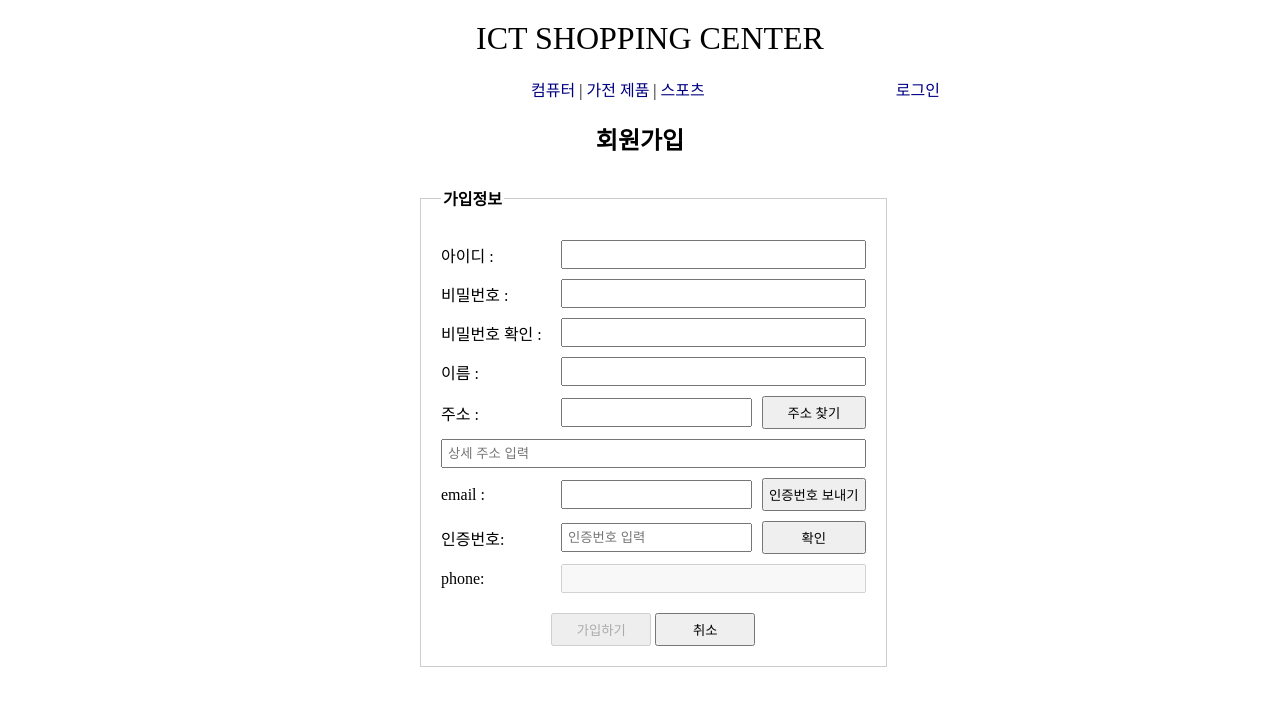
Repository: xlz5000/ICT
Page: http://localhost/spring_mvc02/WEB-INF/views/day09/joinForm.jsp
An editor plug-in stored every save of this project. The page is shown before and after the next save, followed by the edit.
The browser window is 1280 px wide. The pictures show the whole page.
The page is served by Tomcat 9. Nobody is signed in. Other server files are loaded and not shown. The template is opened directly, without the code that normally fills it, so the values that code supplies are empty.

Above is the page before, as saved 2025-04-18 01:18:50.

### spring_mvc02/src/main/webapp/WEB-INF/views/day09/joinForm.jsp
<%@ page language="java" contentType="text/html; charset=UTF-8"
    pageEncoding="UTF-8"%>
<%@taglib prefix="c" uri="http://java.sun.com/jsp/jstl/core" %>
<!DOCTYPE html>
<html>
<head>
<meta charset="UTF-8">
<title>Insert title here</title>
<script src="https://ajax.googleapis.com/ajax/libs/jquery/3.7.1/jquery.min.js"></script>
<script src="//t1.daumcdn.net/mapjsapi/bundle/postcode/prod/postcode.v2.js"></script>
<style type="text/css">

#container{
	width: 500px;
	margin: 0 auto; /*중앙위치*/
	text-align:left; /*내부 폼요소 왼쪽 정렬*/

}


h2{
text-align: center;

}

fieldset{
margin: 20px 0;
padding: 20px;
border: 1px solid #ccc;

}

legend{
font-weight:  bold;

}

ul{
list-style-type: none;
padding: 0;
margin: 0;

}


li{
	display:flex;
	align-items: center;
	margin: 10px 0;

}



li label{
	width: 120px;
	flex-shrink: 0;
}


input{
 	padding: 5px;
 	flex: 1;
 	box-sizing: border-box;

}

li input[type="button"]{
margin-left: 10px;
}

#buttons{
 text-align: center;
 margin-top: 20px;

}

input[type="submit"],
input[type="reset"]{

	width: 100px;
}


a{text-decoration: none;}
span{
margin-left: 20px;

}


</style>
</head>
<body>

<%@ include file="../day08/top.jsp" %>
	<div id="container">
	<h2>회원가입</h2>
	<div id="login" style="margin: 30px;">
		<form action="/members_join_ok" method="post" autocomplete="off" onsubmit="return checkForm();">
			<fieldset>
				<legend>가입정보</legend>
				<ul>
					<!-- 아이디 중복검사 필수(ajax) -->
					<li><label for="m_id">아이디 : </label>
						<input type="text" id="m_id" name="m_id" required>
					</li>
					<li><label for="m_pw">비밀번호 : </label>
						<input type="password" id="m_pw" name="m_pw" required>
					</li>
					<li><label for="m_pw2">비밀번호 확인 : </label>
						<input type="password" id="m_pw2" name="m_pw2" required>
					</li>
					<li><label for="m_name">이름 : </label>
						<input type="text" id="m_name" name="m_name" required >
					</li>
					<li><label for="m_addr">주소 : </label>
						<input type="text" id="m_addr" name="m_addr" required readonly>
						<input type="button" value="주소 찾기" onclick="execDaumPostcode()">
					</li>
					<li>
						<input type="text" id="m_addr2" name="m_addr2" placeholder="상세 주소 입력">

					</li>
					<li><label for="m_email">email : </label>
						<input type="text" id="m_email" name="m_email" required>
						<input type="button" value ="인증번호 보내기" onclick="sendVerificationCode()">

					</li>
					<li><label for="emailCode">인증번호: </label>
						<input type="text" id="emailCode" placeholder="인증번호 입력">
						<input type="button" value ="확인" onclick="checkVerificationCode()">
						<div id="result"></div>
					</li>
					<li><label for="m_phone">phone: </label>
						<input type="text" id="m_phone" name="m_phone" required disabled>
					</li>

				</ul>

				<div id="buttons">
					<input type="submit" value="가입하기" id="submitBtn" disabled>
					<input type="reset" value="취소">


				</div>

			</fieldset>

		</form>


	</div>
</div>

<script type="text/javascript">

function checkForm(){
	const pw = $("#m_pw").val();
	const pw2 = $("#m_pw2").val();
	if(pw === pw2){
		return true;

	}else{

		alert("비밀번호가 일치하지 않습니다");
		$("#m_pw").val();
		$("#m_pw2").val().focus();
		return false;
	}

}


function execDaumPostcode(){
	new daum.Postcode({
        oncomplete: function(data) {
            // 팝업에서 검색결과 항목을 클릭했을때 실행할 코드를 작성하는 부분입니다.
            // 예제를 참고하여 다양한 활용법을 확인해 보세요.


            $("#m_addr").val(data.address);
        }
    }).open();
}


function sendVerificationCode(){
	$.post("/sendCode", {email:$("#m_email").val()}, function (response) {
		if(response === "success"){
			alert("인증코드가 전송되었습니다.");
		}else{
			alert("전송실패");
		}
	});


}



function checkVerificationCode(){
	$.post("/verifyCode", {code:$("#emailCode").val()}, function (response) {

		let msg = {
				match: "인증 성공",
				mismatch : "불일치",
				expired : "시간 초과",
				no_code : "코드 없음"


		}
		$("#result").html(msg[response]||"오류");//undefined나 null일경우 "오류"
		if(response == "match"){
			$("#m_phone").prop("disabled", false);
			$("#submitBtn").prop("disabled", false);

		}else{
			$("#m_phone").prop("disabled", true);
			$("#submitBtn").prop("disabled", true);

		}

	});

}


</script>



</body>
</html>

### spring_mvc02/src/main/webapp/WEB-INF/views/day08/top.jsp
<%@ page language="java" contentType="text/html; charset=UTF-8"
	pageEncoding="UTF-8"%>
<%@ taglib prefix="c" uri="http://java.sun.com/jsp/jstl/core" %>
<!DOCTYPE html>
<html>
<head>
<meta charset="UTF-8">
<title>Insert title here</title>
<style>
a:link {
	text-decoration: none;
	color: navy
}

a:visited {
	text-decoration: none;
	color: navy
}

a:hover {
	text-decoration: none;
	color: red
}

body {
	text-align: center
}

hr {
	width: 600px;
	border: 1px;
	color: navy;
}

div#header, div#nav {
	width: 600px;
	margin: 20px auto;
	text-align: center;
}

div#wrap {
	margin: 0 auto;
}


div#log{float: right}

.title{
	font-size: 32px;

}
</style>
</head>
<body>
	<div id="wrap">

		<div id="header">
			<span class="title"> ICT SHOPPING CENTER </span>
		</div>

		<div id="nav">
			<a href="/day08?category=com001">컴퓨터</a> |
			<a href="/day08?category=ele002">가전 제품</a> |
			<a href="/day08?category=sp003">스포츠</a>


		<div id="log">
			<c:choose>
				<c:when test="${loginchk == 'ok' }">
					${membersVO.m_name }님 환영합니다. |
				<c:if test="${admin =='ok' }">
					<a href="#">상품등록하기</a> |

				</c:if>
				<c:if test="${admin !='ok' }">
					<a href="/shop_show_cart">장바구니</a> |

				</c:if>


				<a href="/members_logout">로그아웃</a>
				</c:when>
				<c:otherwise>
					<a href="/members_loginForm">로그인</a>


				</c:otherwise>



			</c:choose>


			</div>
		</div>
	</div>
</body>
</html>

After the next save:
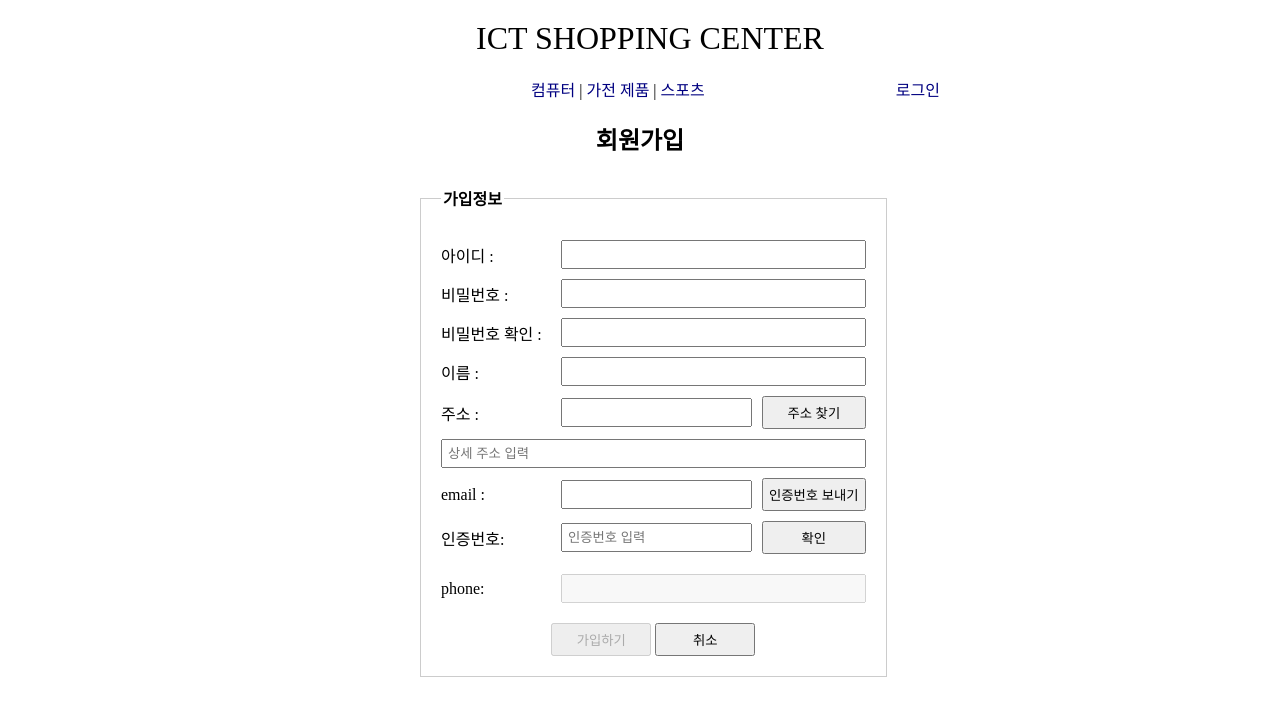
Saved 17 min 0 s later.
--- a/spring_mvc02/src/main/webapp/WEB-INF/views/day09/joinForm.jsp
+++ b/spring_mvc02/src/main/webapp/WEB-INF/views/day09/joinForm.jsp
@@ -130,7 +130,9 @@ margin-left: 20px;
 					<li><label for="emailCode">인증번호: </label>
 						<input type="text" id="emailCode" placeholder="인증번호 입력">
 						<input type="button" value ="확인" onclick="checkVerificationCode()">
-						<div id="result"></div>
+					</li>
+					<li>
+						<span id="result"></span>
 					</li>
 					<li><label for="m_phone">phone: </label>
 						<input type="text" id="m_phone" name="m_phone" required disabled>
